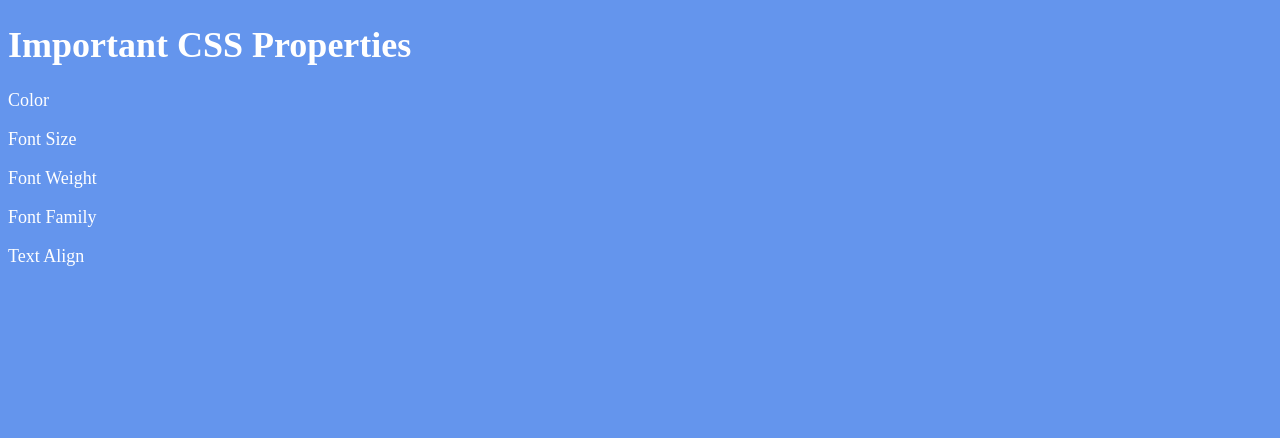
Repository: larabiondic/wp_biondic_lara
Page: Font_Properties/index.html
These files come from the project's save history. The page is drawn as it stood at one moment and after the next save; the edit follows.
The browser window is 1280 px wide. The pictures show the whole page.

Above is the page before, as saved 2025-11-10 14:25:13.

### Font_Properties/index.html
<!DOCTYPE html>
<html lang="en">

<head>
  <meta charset="UTF-8">
  <title>CSS Properties</title>
  <style>
    body {
      background-color: cornflowerblue;
      color: white;
      font-size: 18px;
    }

    /* Don't change the CSS above, add Your CSS below */




  </style>
</head>

<body>
  <h1>Important CSS Properties</h1>
  <p>Color</p>
  <p>Font Size</p>
  <p>Font Weight</p>
  <p>Font Family</p>
  <p>Text Align</p>

  <!-- TODOs
  1. Change the color of <p>Color</p> to "coral" color.
  2. Change the font size of <p>Font Size</p> to 2X the size of the root font size.
  3. Change the font weight of <p>Font Weight</p> to 900.
  4. Change the font family of <p>Font Family</p> to the Google font Caveat with regular (400) font weight.
  Link: https://fonts.google.com/specimen/Caveat
  5. Change the <p>Text Align</p> to right align.
  6. Change the the root (html element) font size to 30px -->
</body>

</html>

After the next save:
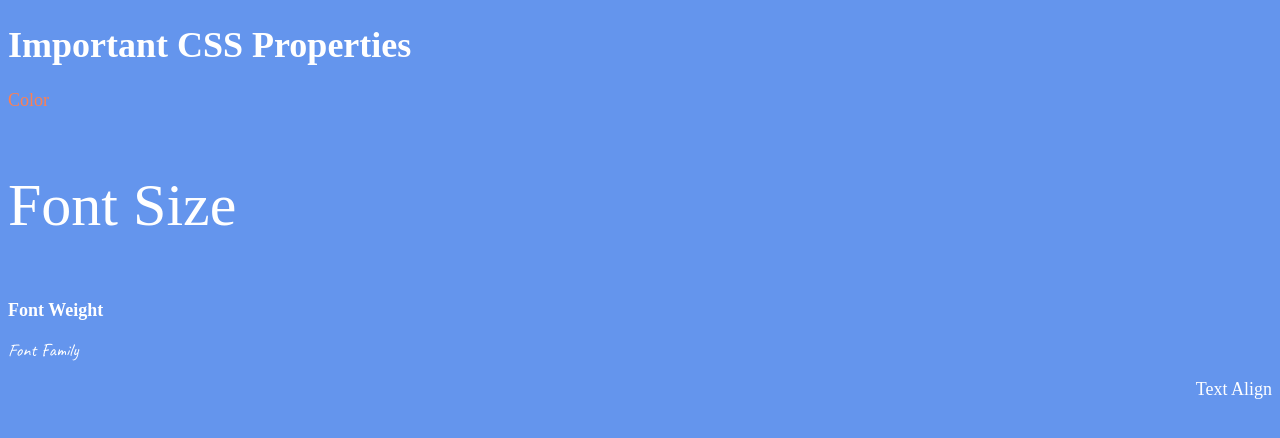
Saved 11 min 31 s later.
--- a/Font_Properties/index.html
+++ b/Font_Properties/index.html
@@ -4,6 +4,9 @@
 <head>
   <meta charset="UTF-8">
   <title>CSS Properties</title>
+  <link rel="preconnect" href="https://fonts.googleapis.com">
+  <link rel="preconnect" href="https://fonts.gstatic.com" crossorigin>
+  <link href="https://fonts.googleapis.com/css2?family=Caveat&display=swap" rel="stylesheet">
   <style>
     body {
       background-color: cornflowerblue;
@@ -13,6 +16,24 @@
 
     /* Don't change the CSS above, add Your CSS below */
 
+#color {
+      color: coral;
+    }
+#size {
+      font-size: 2rem;
+    }
+#weight {
+      font-weight: 900;
+    }
+#family {
+      font-family: "Caveat", cursive;
+}
+#align {
+      text-align: right;
+    }
+html {
+      font-size: 30px;
+    }
 
 
 
@@ -21,11 +42,11 @@
 
 <body>
   <h1>Important CSS Properties</h1>
-  <p>Color</p>
-  <p>Font Size</p>
-  <p>Font Weight</p>
-  <p>Font Family</p>
-  <p>Text Align</p>
+  <p id="color">Color</p>
+  <p id="size">Font Size</p>
+  <p id="weight">Font Weight</p>
+  <p id="family">Font Family</p>
+  <p id="align">Text Align</p>
 
   <!-- TODOs
   1. Change the color of <p>Color</p> to "coral" color.
